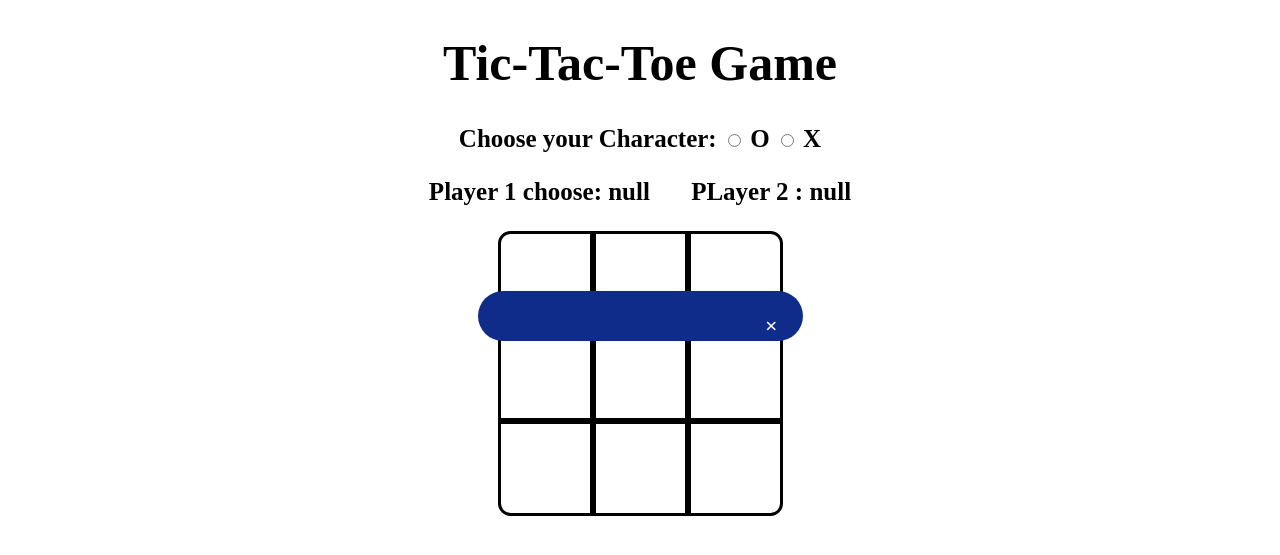
Repository: 0101chaitanya/Tic-Tac-Toe
Page: index.html
An editor plug-in stored every save of this project. The page is shown before and after the next save, followed by the edit.
The browser window is 1280 px wide. The pictures show the whole page.

Above is the page before, as saved 2021-06-12 12:18:54.

### index.html
<!DOCTYPE html>
<html>

<head>
    <meta charset="utf-8">
    <title>Tic-Tac-Toe Game</title>
    <meta name="viewport" content="width=device-width, initial-scale=1">

    <link rel="stylesheet" href="styles.css">
</head>

<body>
    <div id='block1'>
        <h1 id="heading">Tic-Tac-Toe Game</h1>
        <form>
            Choose your Character:
            <input value="O" name="radio" onclick="eventFun.setUser(this)" type="radio">
            <label for="O">O</label>
            <input value="X" name="radio" onclick="eventFun.setUser(this)" type="radio">
            <label for="X">X</label>

        </form>
        <div id="player">
            <span id='1'>Player 1 choose:</span>
            <span id='2'>PLayer 2 :</span>
        </div>
        <form id="gameSquare">
            <section id="row1">
                <div id="r1Column1"></div>
                <div id="rlColumn2"></div>
                <div id="rlColumn3"></div>
            </section>
            <section id="row2">
                <div id="r2Column1"></div>
                <div id="r2Column2"></div>
                <div id="r2Column3"></div>
            </section>
            <section id="row3">
                <div id="r3Column1"></div>
                <div id="r3Column2"></div>
                <div id="r3Column3"></div>
            </section>
        </form>
    </div>
    <div id="ResultBox">
        <span id="closebtn">&times;</span>
        <strong id="resultOut"></strong>
    </div>

</body>
<script type="text/javascript" src="script.js"></script>

</html>

### styles.css
:root {
    text-align: center;
    font-weight: bold;
}

* {
    box-sizing: border-box;
}

@media screen and (max-width: 400px) {
     :root {
        font-size: 14px;
    }
}

@media screen and (min-width: 401px) and (max-width: 700px) {
     :root {
        font-size: 18px;
    }
}

@media screen and (min-width: 701px) {
     :root {
        font-size: 25px;
    }
}

body {
    /* filter: saturate(180%) blur(20rem);
   filter:  blur(0);

    */
    backdrop-filter: blur(20rem);
}

#block1 {
    /*    filter: blur(0.5rem); */
}

label>input {
    color: red;
    border: 1px solid;
}

#player {
    display: block;
    margin: 1rem auto 1rem auto;
}

#player>span {
    margin: auto 0.7rem auto 0.7rem;
}

#gameSquare {
    width: min-content;
    height: min-content;
    display: block;
    margin: auto;
}

#gameSquare>section:nth-child(n) {
    /* border-style: solid;
     */
    width: min-content;
    height: min-content;
    display: flex;
    justify-content: center;
    align-items: center;
}

#gameSquare>section:nth-child(n)>div:nth-child(n) {
    display: block;
    margin: auto;
    width: 3.8rem;
    height: 3.8rem;
    border-style: solid;
    border-width: 0.15rem;
}

#gameSquare>section:nth-child(1)>div:nth-child(1) {
    border-top-left-radius: 0.5rem;
}

#gameSquare>section:nth-child(1)>div:nth-child(3) {
    border-top-right-radius: 0.5rem;
}

#gameSquare>section:nth-child(3)>div:nth-child(1) {
    border-bottom-left-radius: 0.5rem;
}

#gameSquare>section:nth-child(3)>div:nth-child(3) {
    border-bottom-right-radius: 0.5rem;
}

#ResultBox {
    height: fit-content;
    width: 13rem;
    display: hidden;
    margin-left: auto;
    margin-right: auto;
    margin-top: 3rem;
    position: relative;
    top: -12rem;
    border-color: rgb(162, 162, 192);
    background-color: rgb(15, 44, 138);
    color: white;
    opacity: 1;
    transition: opacity 0.6s;
    margin-bottom: 15px;
    border-radius: 1rem;
    padding: 1rem;
    text-align: center;
}

#resultOut {
    color: #f0e0e4;
    font-weight: bold;
}

#closebtn {
    margin-left: 15px;
    color: white;
    font-weight: bold;
    float: right;
    font-size: 22px;
    line-height: 20px;
    cursor: pointer;
    transition: 0.3s;
}

#closebtn:hover {
    color: rgb(38, 170, 82);
}

### script.js
"use strict";
let eventFun = (function() {
    let user1Selection, user2Selection, runningCharacter;
    let runningNumber = 0,
        i, result;

    function setUser(given) {
        localStorage.setItem("user1Selection", given.value);
        document.querySelector(`form`).submit();
    }
    user1Selection = localStorage.getItem("user1Selection");
    user2Selection =
        user1Selection != null ? (user1Selection === "X" ? "O" : "X") : null;
    runningCharacter = user1Selection;
    document.getElementById('1').textContent += ` ` + user1Selection || ' ';
    document.getElementById('2').textContent += ` ` + user2Selection || ' ';

    let array = Array.from(
        document.getElementById("gameSquare").querySelectorAll("div")
    );

    function switchRunChar() {
        runningCharacter = runningCharacter === "O" ? "X" : "O";
        runningNumber = runningNumber === 0 ? 1 : 0;
    }

    function text(i) {
        return array[i].textContent;
    }
    let newArray = Array(array.length).fill();

    function arrayCreator(index, incrementer) {
        return [
            newArray[index],
            newArray[index + incrementer],
            newArray[index + 2 * incrementer],
        ];
    }
    let count = 0;

    let horizontalArray;
    let verticalArray;
    let diagonalArray;

    function parser(arrayInput) {
        let arr = arrayInput.map((item, index) => {
            let res = item.reduce((stack, item) => {
                stack += item;
                return stack;
            });
            return res;
        });
        return arr;
    }

    function send(input) {
        let block1 = document.getElementById('block1');
        block1.style.filter = 'blur(0.5rem)';
        document.getElementById('ResultBox').style.display = 'block';
        document.getElementById('resultOut').textContent = input;
        let close = document.getElementById('closebtn');
        close.onclick = function() {
            let div = this.parentElement;
            div.style.opacity = '0';
            setTimeout(function() {
                div.style.display = "none";
                block1.style.filter = 'blur(0.5rem)';

            }, 600);
        };

    }

    function check(input) {
        input.forEach((item) => {
            if (item === 3) {
                result = item;
                send("Player 2 won");
            } else if (item === 0) {
                result = item;
                send("Player 1 won");
            }
        });
    }

    function checkWin() {
        horizontalArray = [
            arrayCreator(0, 1),
            arrayCreator(3, 1),
            arrayCreator(6, 1),
        ];
        verticalArray = [
            arrayCreator(0, 3),
            arrayCreator(1, 3),
            arrayCreator(2, 3),
        ];
        diagonalArray = [arrayCreator(0, 4), arrayCreator(2, 2)];

        let horizontalParsed = parser(horizontalArray);
        let verticalParsed = parser(verticalArray);

        let diagonalParsed = parser(diagonalArray);
        check(horizontalParsed);
        check(verticalParsed);
        check(diagonalParsed);

        if (count == 8) {
            console.table(horizontalArray, verticalArray, diagonalArray);
            console.table({
                horizontalParsed: horizontalParsed,
                verticalParsed: verticalParsed,
                diagonalParsed: diagonalParsed,
            });
            console.table(newArray);
            if (result == undefined) {
                send("draw");
            }
        }
    }

    let setOutput = function(e, index) {
        e.target.textContent = runningCharacter;
        e.target.removeEventListener("click", (e) => setOutput(e));
        newArray.splice(index, 1, runningNumber);
        switchRunChar();
        checkWin();

        count++;
    };
    array.forEach((item, index) => {
        item.textContent = "";
        item.addEventListener("click", (e) => setOutput(e, index), { once: true });
    });
    return { result, array, setOutput, setUser, count };
})();

After the next save:
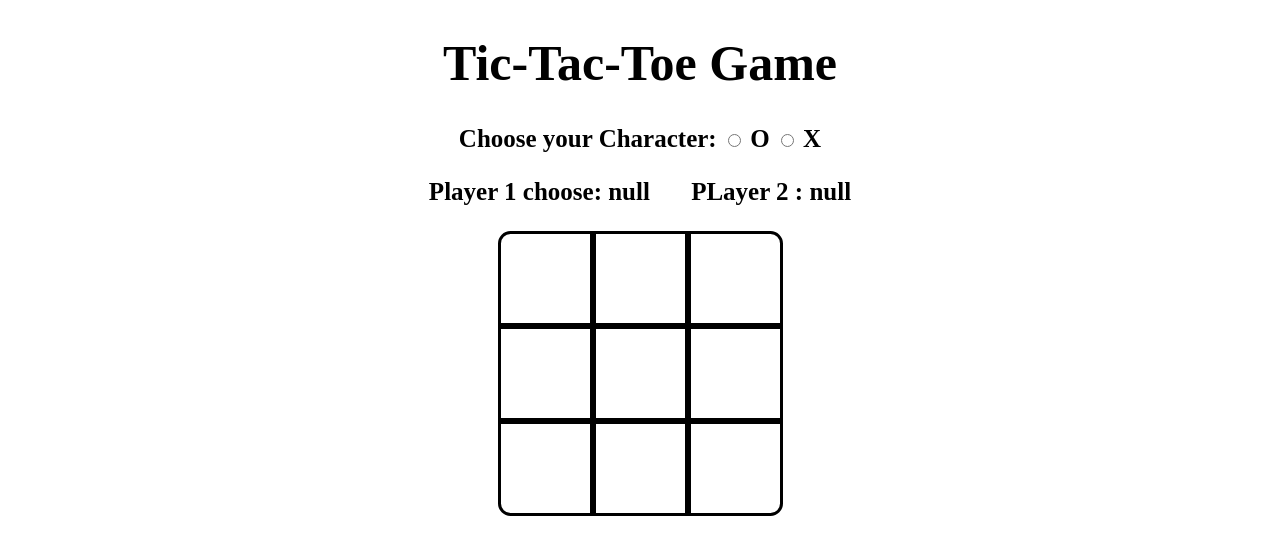
Saved 19 s later.
--- a/styles.css
+++ b/styles.css
@@ -96,7 +96,7 @@ label>input {
 #ResultBox {
     height: fit-content;
     width: 13rem;
-    display: hidden;
+    display: none;
     margin-left: auto;
     margin-right: auto;
     margin-top: 3rem;
